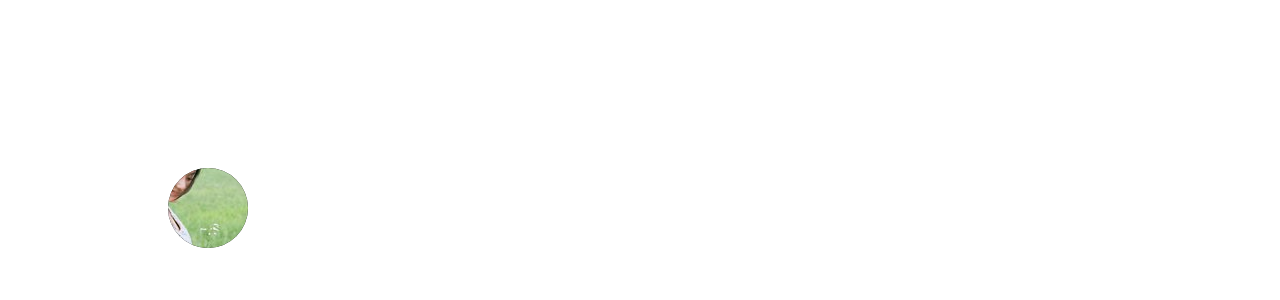
Repository: BlueLionycb/study-demo
Page: canvas-demo/src/index16.html
An editor plug-in stored every save of this project. The page is shown before and after a run of saves, followed by the edit.
The browser window is 1280 px wide. The pictures show the whole page.

Above is the page before, as saved 2020-01-26 23:28:17.

### canvas-demo/src/index16.html
<!DOCTYPE html>
<html lang="en">
    <head>
        <meta charset="UTF-8">
        <meta name="viewport" content="width=device-width, initial-scale=1.0">
        <meta http-equiv="X-UA-Compatible" content="ie=edge">
        <title>头像切圆</title>
    </head>
    <body>
        <canvas id="myCanvas" height="600" width="600">

        </canvas>

        <script>
        function draw(){
            let canvas=document.getElementById("myCanvas") //画布
            let ctx=canvas.getContext("2d"); //上下文，画笔

            let img= new Image()
            img.src = './img/touxiang.png'

            img.onload = function(){
                ctx.beginPath();
                ctx.arc(200,200,40,0,Math.PI*2)
                ctx.fill()
                ctx.clip()
                ctx.drawImage(this,70,100)
            }
        }

        draw();

    </script>
    </body>
</html>

After the next 2 saves:
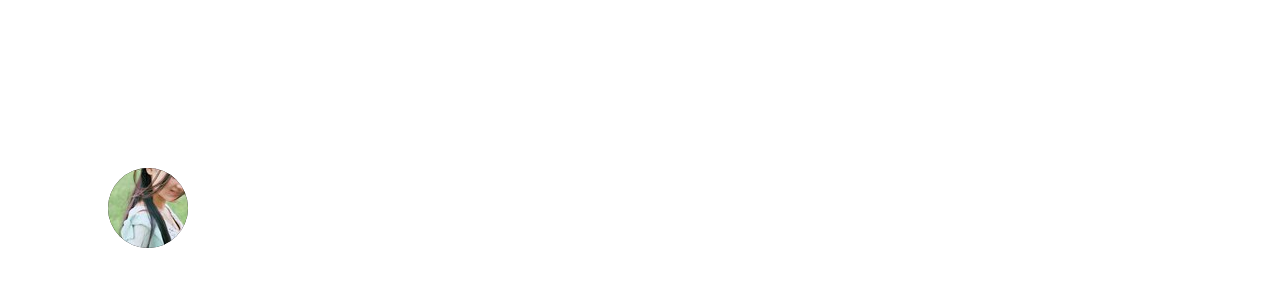
The 2 saves are shown as one change because they came seconds apart.
The last was saved 15 s later.
--- a/canvas-demo/src/index16.html
+++ b/canvas-demo/src/index16.html
@@ -21,7 +21,7 @@
 
             img.onload = function(){
                 ctx.beginPath();
-                ctx.arc(200,200,40,0,Math.PI*2)
+                ctx.arc(140,200,40,0,Math.PI*2)
                 ctx.fill()
                 ctx.clip()
                 ctx.drawImage(this,70,100)
